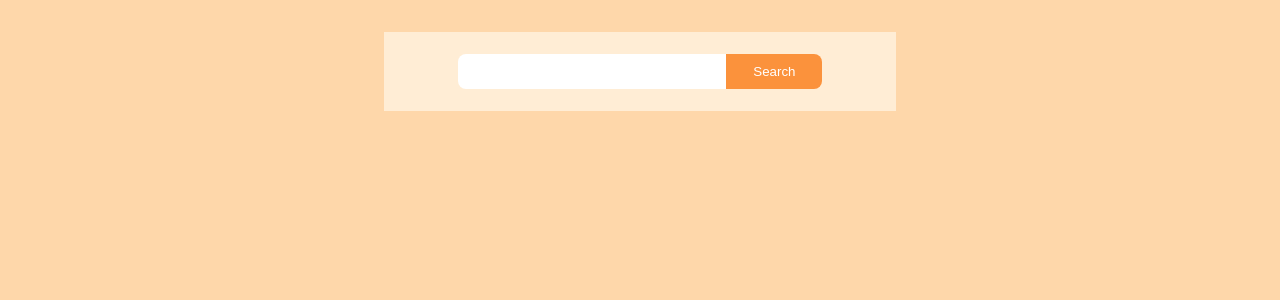
Repository: sandipkarmokar/recipeApp
Page: /
These files come from the project's save history. The page is drawn as it stood at one moment and after the next save; the edit follows.
The browser window is 1280 px wide. The pictures show the whole page.
The project was rebuilt for these pictures with package versions that can differ from the ones it lists, and the page was loaded fresh each time.

Above is the page before, as saved 2022-04-16 11:57:19.

After the next save:
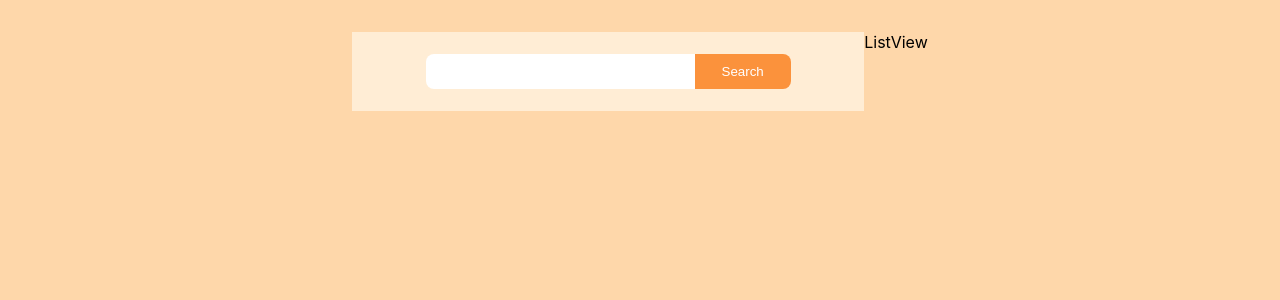
Saved 14 s later.
--- a/src/App.js
+++ b/src/App.js
@@ -1,6 +1,7 @@
 import { useState } from 'react';
 import './App.css';
 import SearchBar from './components/searchBar';
+import ListView from './components/listView';
 
 const App = () => {
     const [query, setQuery] = useState('');
@@ -15,7 +16,9 @@ const App = () => {
         <div className="app">
             <div className="app-container">
                 <SearchBar></SearchBar>
-                <div className="recipe-modal"></div>
+                <div className="recipe-modal">
+                    <ListView></ListView>
+                </div>
             </div>
         </div>
     );
